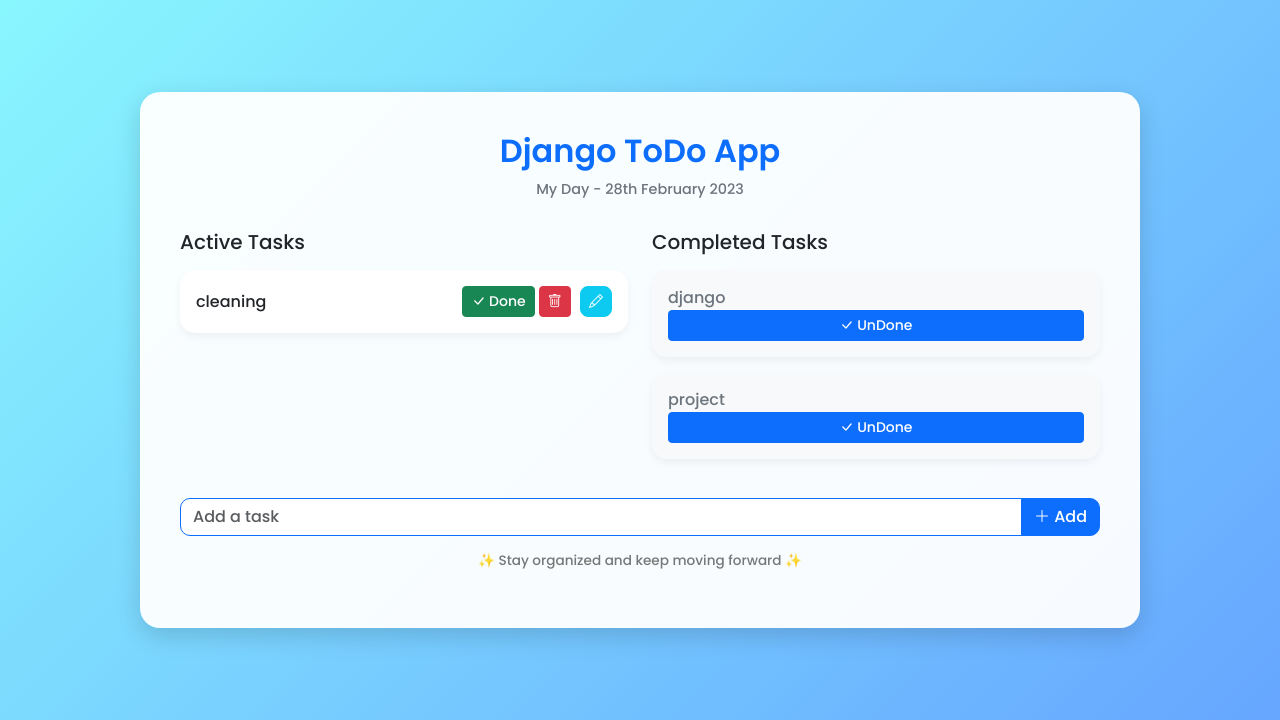
Repository: SAHLA-M/To-Do
Page: http://localhost/
The author's editor kept a copy of each file at every save. The page is drawn from the files as they stood at one save, then again after a run of saves.
The browser window is 1280 px wide. The pictures show the whole page.
The page is served by the project's application, run on Django 5.2 (manage.py). The page reads the database file committed with the project.

Above is the page before, as saved 2025-11-13 08:17:27.

After the next 29 saves:
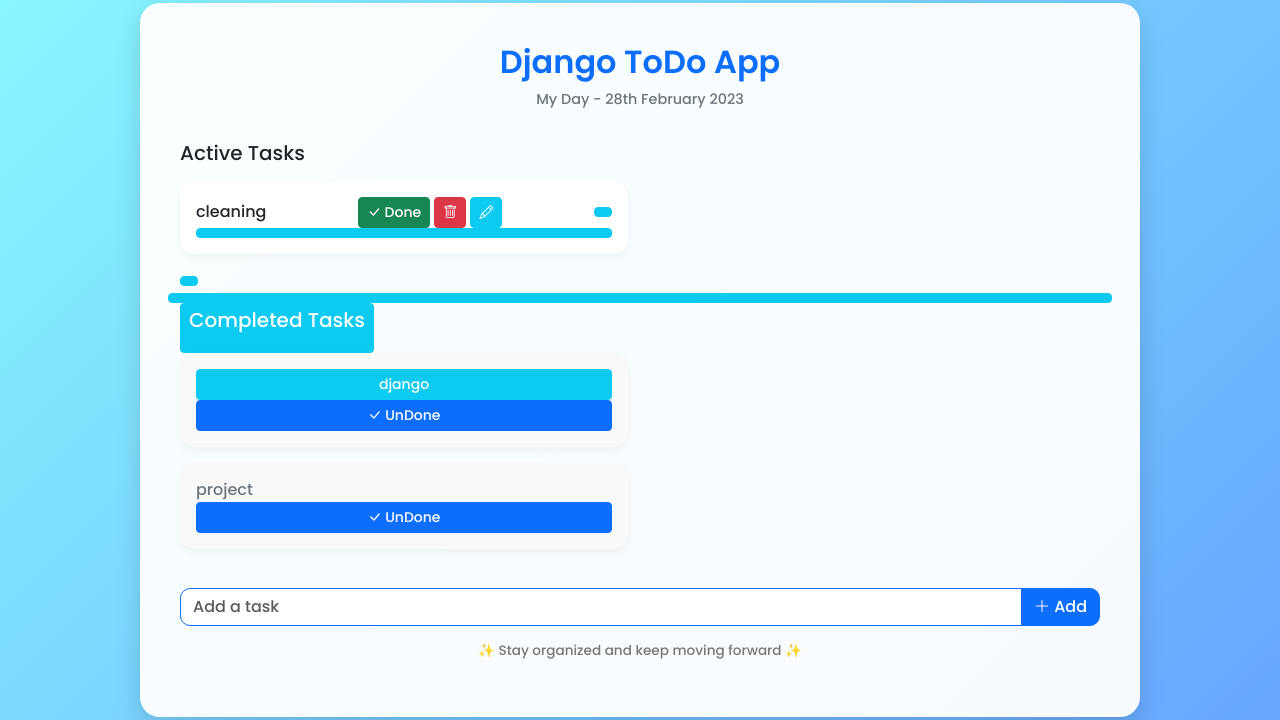
The 29 saves are shown as one change because 2 did not build or start and some came seconds apart.
The last was saved 59 s later.
--- a/templates/home.html
+++ b/templates/home.html
@@ -108,7 +108,7 @@
             <div class="task-buttons">
               <a href="{% url 'mark_as_done' task.id %}" class="btn btn-success btn-sm"><i class="bi bi-check-lg"></i> Done</a>
               <a href="{% url 'deleteTask' task.id %}"  class="btn btn-danger btn-sm"><i class="bi bi-trash"></i></a>
-              <button class="btn btn-info btn-sm text-white"><i class="bi bi-pencil"></i></button>
+              <a href="{% url 'editTask'  task.id %}" class="btn btn-info btn-sm text-white"><i class="bi bi-pencil"></i></button>
             </div>
           </div>
         </div>

After the save that followed:
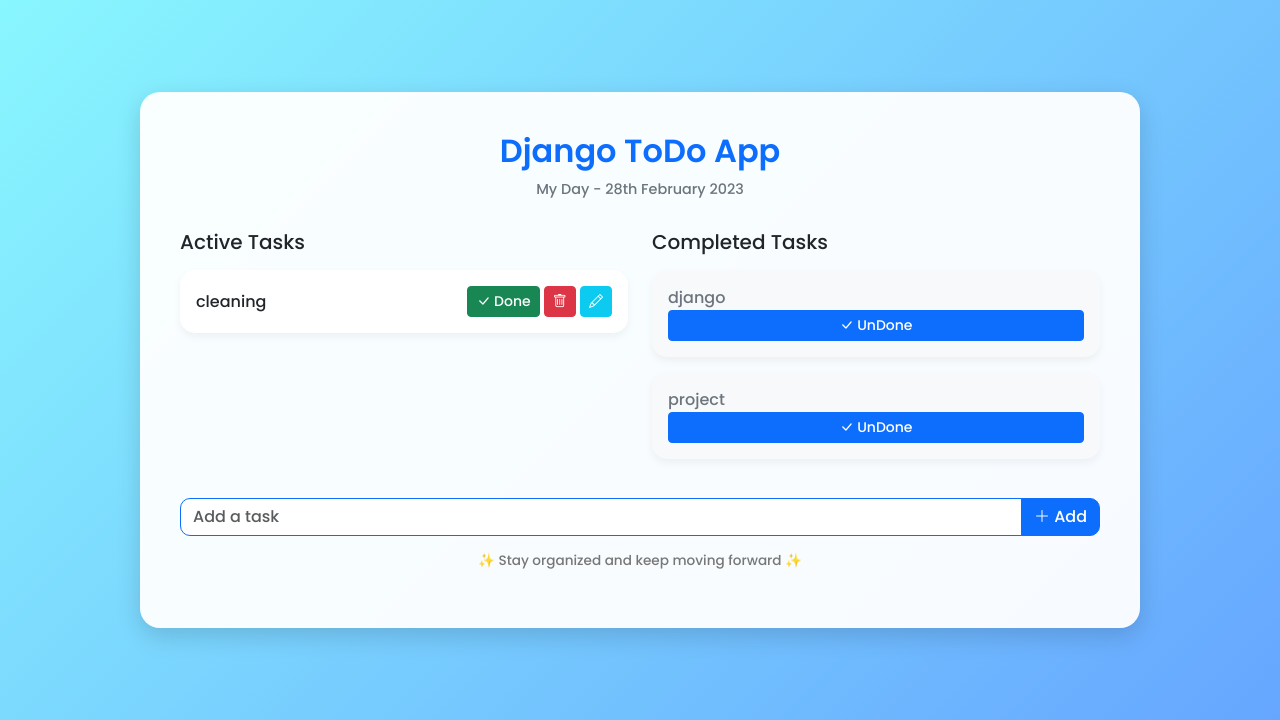
Saved 6 s later.
--- a/templates/home.html
+++ b/templates/home.html
@@ -108,7 +108,7 @@
             <div class="task-buttons">
               <a href="{% url 'mark_as_done' task.id %}" class="btn btn-success btn-sm"><i class="bi bi-check-lg"></i> Done</a>
               <a href="{% url 'deleteTask' task.id %}"  class="btn btn-danger btn-sm"><i class="bi bi-trash"></i></a>
-              <a href="{% url 'editTask'  task.id %}" class="btn btn-info btn-sm text-white"><i class="bi bi-pencil"></i></button>
+              <a href="{% url 'editTask'  task.id %}" class="btn btn-info btn-sm text-white"><i class="bi bi-pencil"></i></a>
             </div>
           </div>
         </div>
